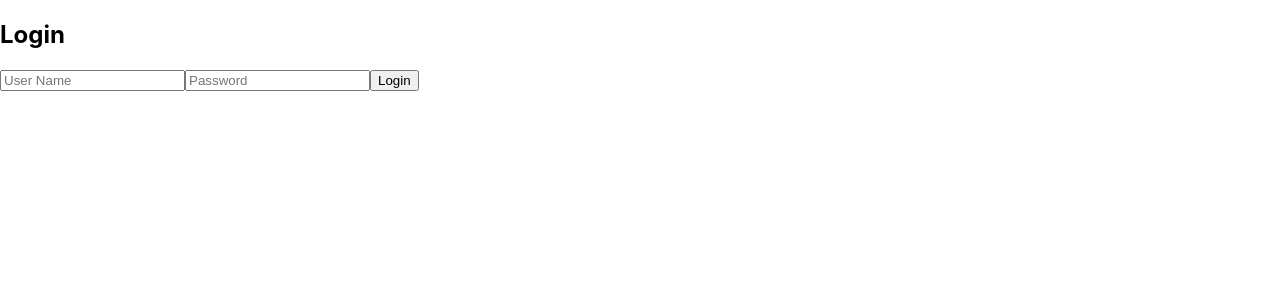
Repository: dechavez4/semester3_exam_frontend
Page: /
The author's editor kept a copy of each file at every save. The page is drawn from the files as they stood at one save, then again after a run of saves.
The browser window is 1280 px wide. The pictures show the whole page.
The project was rebuilt for these pictures with package versions that can differ from the ones it lists, and the page was loaded fresh each time. Also part of the build but not shown: src/App.css.

Above is the page before, as saved 2019-11-14 20:37:44.

### src/index.js
import React from "react";
import ReactDOM from "react-dom";
import "./index.css";
import App from "./App";

import { BrowserRouter as Router } from "react-router-dom";

const AppWithRouter = () => {
  return (
    <Router>
      <App />
    </Router>
  );
};

ReactDOM.render(<AppWithRouter />, document.getElementById("root"));

### src/index.css
body {
  margin: 0;
  font-family: -apple-system, BlinkMacSystemFont, "Segoe UI", "Roboto", "Oxygen",
    "Ubuntu", "Cantarell", "Fira Sans", "Droid Sans", "Helvetica Neue",
    sans-serif;
  -webkit-font-smoothing: antialiased;
  -moz-osx-font-smoothing: grayscale;
}

code {
  font-family: source-code-pro, Menlo, Monaco, Consolas, "Courier New",
    monospace;
}

ul.header {
  list-style-type: none;
  margin: 0;
  padding: 0;
  overflow: hidden;
  background-color: #333;
}

ul.header li {
  float: left;
}

ul.header li a {
  display: block;
  color: white;
  text-align: center;
  padding: 14px 16px;
  text-decoration: none;
}
ul.header li a:hover:not(.active) {
  background-color: #111;
}
.active {
  background-color: #4caf50;
}

### src/App.js
import "./App.css";
import React, { useState, useEffect } from "react";
import facade from "./apiFacade";
import {
  Switch,
  Route,
  useRouteMatch,
  useParams,
  Link,
  Prompt,
  NavLink,
  useHistory
} from "react-router-dom";

function App() {
  const [loggedIn, setLoggedIn] = useState(false);
  let history = useHistory();

  const logout = () => {
    facade.logout();
    setLoggedIn(false);
  };
  const login = (user, pass) => {
    facade.login(user, pass).then(res => setLoggedIn(true));
    history.push("/");
  };

  return (
    <div>
      {!loggedIn ? (
        <div>
          <LogIn login={login} loggedIn={loggedIn} />
        </div>
      ) : (
        <div>
          <LoggedIn logout={logout} />
        </div>
      )}
    </div>
  );
}

function LogIn({ login }) {
  const init = { username: "", password: "" };
  const [loginCredentials, setLoginCredentials] = useState(init);

  const performLogin = evt => {
    evt.preventDefault();
    login(loginCredentials.username, loginCredentials.password);
  };
  const onChange = evt => {
    setLoginCredentials({
      ...loginCredentials,
      [evt.target.id]: evt.target.value
    });
  };

  return (
    <div>
      <h2>Login</h2>
      <form onChange={onChange}>
        <input placeholder="User Name" id="username" />
        <input placeholder="Password" id="password" />
        <button onClick={performLogin}>Login</button>
      </form>
    </div>
  );
}
const Logout = ({ logout }) => {
  const handleLogout = () => {
    logout();
  };
  return (
    <div>
      <button onClick={handleLogout}>Logout</button>
    </div>
  );
};

function LoggedIn({ logout }) {
  return (
    <div>
      <Header />
      <Content logout={logout} />
    </div>
  );
}
const HeaderStart = () => {
  return (
    <ul className="header">
      <li>
        <NavLink exact activeClassName="active" to="/">
          Home
        </NavLink>
      </li>
      <li>
        <NavLink activeClassName="active" to="/login">
          Login
        </NavLink>
      </li>
    </ul>
  );
};
const Header = () => {
  if (facade.getRole() === "admin") {
    return (
      <ul className="header">
        <li>
          <NavLink exact activeClassName="active" to="/">
            Home
          </NavLink>
        </li>
        <li>
          <NavLink activeClassName="active" to="/people">
            People ADDDDMIIN
          </NavLink>
        </li>
        <li>
          <NavLink activeClassName="active" to="/company">
            Company
          </NavLink>
        </li>
        <li>
          <NavLink activeClassName="active" to="/logout">
            Logout
          </NavLink>
        </li>
      </ul>
    );
  }
  const ContentStart = () => {
    return (
      <Switch>
        <Route exact path="/">
          <Home />
        </Route>
        <Route path="/login">
          <Login />
        </Route>
        <Route path="*">
          <NoMatch />
        </Route>
      </Switch>
    );
  };
  return (
    <ul className="header">
      <li>
        <NavLink exact activeClassName="active" to="/">
          Home
        </NavLink>
      </li>
      <li>
        <NavLink activeClassName="active" to="/people">
          People USEEEEER
        </NavLink>
      </li>
      <li>
        <NavLink activeClassName="active" to="/company">
          Company
        </NavLink>
      </li>
      <li>
        <NavLink activeClassName="active" to="/logout">
          Logout
        </NavLink>
      </li>
    </ul>
  );
};

const Content = ({ logout }) => {
  return (
    <Switch>
      <Route exact path="/">
        <Home />
      </Route>
      <Route path="/people">
        <People />
      </Route>
      <Route path="/company">
        <Company />
      </Route>
      <Route path="/logout">
        <Logout logout={logout} />
      </Route>
      <Route path="*">
        <NoMatch />
      </Route>
    </Switch>
  );
};

const Home = () => {
  return (
    <div>
      <h3>Welcome to home</h3>
    </div>
  );
};

const People = () => {
  const [dataFromServer, setDataFromServer] = useState("Fetching...");
  const [listPeople, setListPeople] = useState("");

  useEffect(() => {
    facade.fetchData().then(res => setDataFromServer(res.msg));
  }, []);
  useEffect(() => {
    facade.fetchPeople().then(res => setListPeople(res));
    console.log(facade.getRole());
  }, []);
  useEffect(() => {
    facade.fetchPeople().then(res => console.log(res));
  }, []);
  return (
    <div>
      <h2>Data Received from server</h2>
      <h3>{dataFromServer}</h3>
      <p>{JSON.stringify(listPeople)}</p>
    </div>
  );
};

const Company = () => {
  return (
    <div>
      <h3>COMPANY</h3>
    </div>
  );
};

const NoMatch = () => <div>Urlen matcher ingen kendte routes</div>;
export default App;

### src/apiFacade.js
const URL = "http://localhost:8080/securitystarter";

function handleHttpErrors(res) {
  if (!res.ok) {
    return Promise.reject({ status: res.status, fullError: res.json() });
  }
  return res.json();
}

function apiFacade() {
  const setToken = token => {
    localStorage.setItem("jwtToken", token);
  };
  const getToken = () => {
    return localStorage.getItem("jwtToken");
  };
  const getRole = () => {
    let jwt = localStorage.getItem("jwtToken");
    let jwtData = jwt.split(".")[1];
    let decodedJwtJsonData = window.atob(jwtData);
    let decodedJwtData = JSON.parse(decodedJwtJsonData);
    return decodedJwtData.roles;
  };
  const loggedIn = () => {
    const loggedIn = getToken() != null;
    return loggedIn;
  };
  const logout = () => {
    localStorage.removeItem("jwtToken");
  };

  const login = (user, password) => {
    const options = makeOptions("POST", true, {
      username: user,
      password: password
    });
    return fetch(URL + "/api/login", options)
      .then(handleHttpErrors)
      .then(res => {
        setToken(res.token);
      });
  };
  const fetchData = () => {
    const options = makeOptions("GET", true); //True add's the token
    if (getRole() === "admin") {
      return fetch(URL + "/api/info/admin", options).then(handleHttpErrors);
    }
    return fetch(URL + "/api/info/user", options).then(handleHttpErrors);
  };

  const fetchPeople = () => {
    const options = makeOptions("GET", true); //True add's the token
    return fetch(URL + "/api/info/user/people", options).then(handleHttpErrors);
  };

  const makeOptions = (method, addToken, body) => {
    var opts = {
      method: method,
      headers: {
        "Content-type": "application/json",
        Accept: "application/json"
      }
    };
    if (addToken && loggedIn()) {
      opts.headers["x-access-token"] = getToken();
    }
    if (body) {
      opts.body = JSON.stringify(body);
    }
    return opts;
  };
  return {
    makeOptions,
    setToken,
    getToken,
    loggedIn,
    login,
    logout,
    fetchData,
    getRole,
    fetchPeople
  };
}
const facade = apiFacade();
export default facade;

Loaded but not shown: public/index.html (common file)

After the next 2 saves:
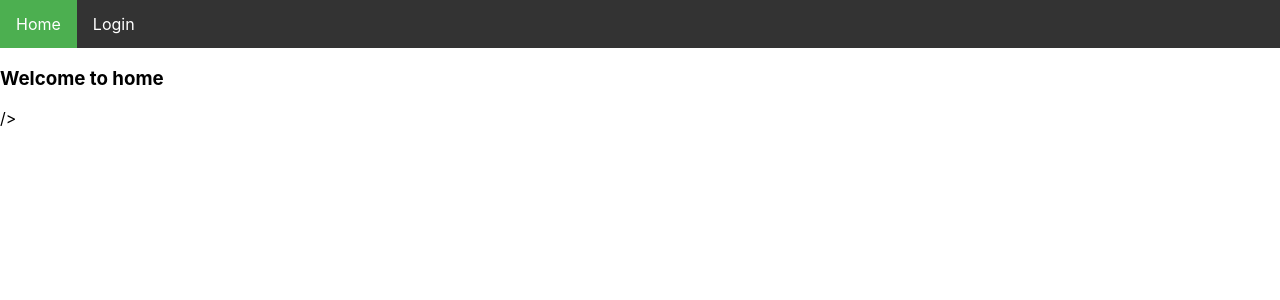
The 2 saves are shown as one change because 1 did not build or start.
The last was saved 3 min 42 s later.
--- a/src/App.js
+++ b/src/App.js
@@ -29,7 +29,9 @@
     <div>
       {!loggedIn ? (
         <div>
-          <LogIn login={login} loggedIn={loggedIn} />
+          <HeaderStart />
+          <ContentStart login={login} />
+          />
         </div>
       ) : (
         <div>
@@ -101,6 +103,21 @@
     </ul>
   );
 };
+const ContentStart = ({ login }) => {
+  return (
+    <Switch>
+      <Route exact path="/">
+        <Home />
+      </Route>
+      <Route path="/login">
+        <LogIn />
+      </Route>
+      <Route path="*">
+        <NoMatch />
+      </Route>
+    </Switch>
+  );
+};
 const Header = () => {
   if (facade.getRole() === "admin") {
     return (
@@ -128,21 +145,6 @@
       </ul>
     );
   }
-  const ContentStart = () => {
-    return (
-      <Switch>
-        <Route exact path="/">
-          <Home />
-        </Route>
-        <Route path="/login">
-          <Login />
-        </Route>
-        <Route path="*">
-          <NoMatch />
-        </Route>
-      </Switch>
-    );
-  };
   return (
     <ul className="header">
       <li>
